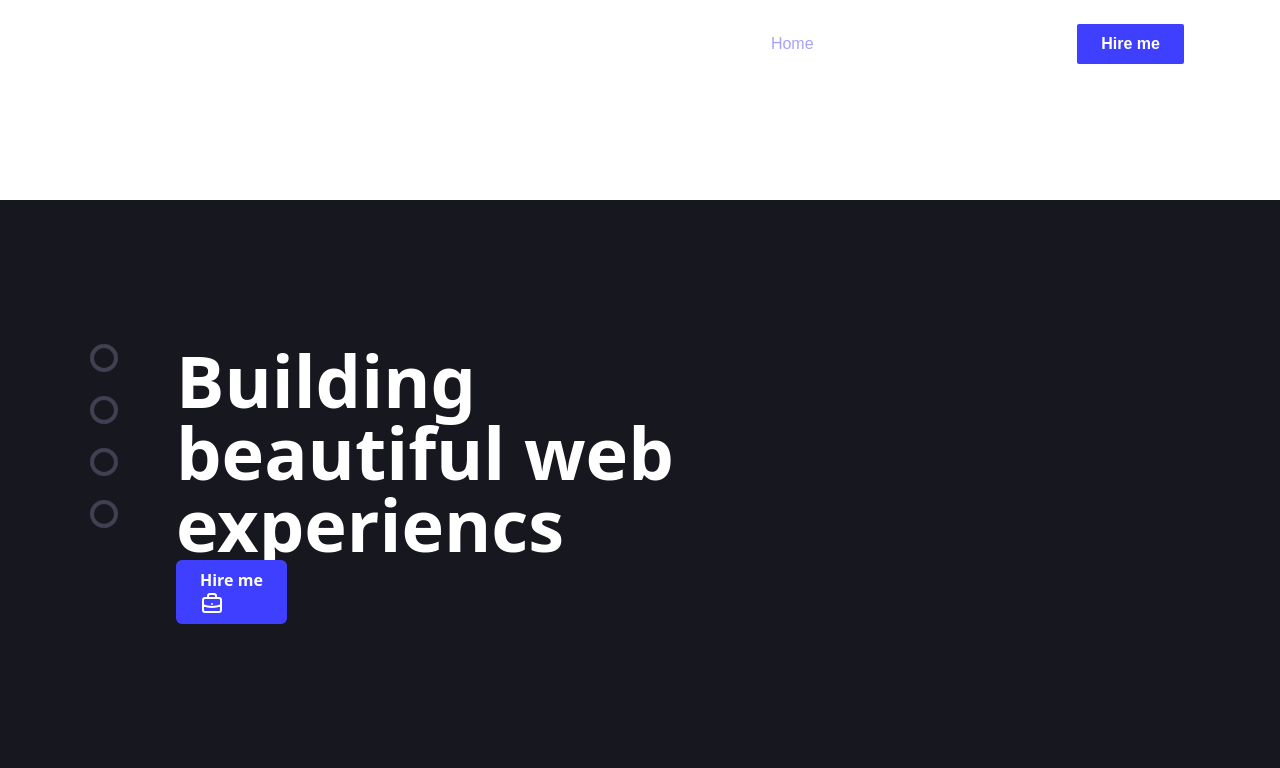
Repository: Alex0715/portfolio
Page: /
An editor plug-in stored every save of this project. The page is shown before and after the next save, followed by the edit.
The browser window is 1280 px wide. The pictures show the whole page.
The project was rebuilt for these pictures with package versions that can differ from the ones it lists, and the page was loaded fresh each time. The framework's server and built-in components were replaced by stand-ins that run in the browser. Also part of the build but not shown: next.config.js.

Above is the page before, as saved 2022-02-03 22:19:23.

### pages/index.js
import Head from 'next/head'
import Banner from './components/Banner'
import Header from './components/header'



export default function Home() {
  return (
    <div>
      <Header/>
      <body className='bg-body'>
        <Banner/>
      </body>
    </div>

  )
}

### styles/globals.css
@tailwind base;
@tailwind components;
@tailwind utilities;

body{
    scroll-behavior: smooth;
}
.left-50{
    left: 50%;
}
.right-50{
    right: 50%;
}
.top-50{
    top:50%;
}

.nav-dot:hover span{
    opacity:1;
}

### pages/components/Banner.js

function Banner() {
  return (<div className="container mt-16 flex justify-between items-center mx-auto text-white px-8 md:px-14 lg:px-24 w-full">
      <div className="flex flex-wrap md:flex-nowrap">
        <nav className="inline-block lg:mr-24 lg:w-4 fixed left-percentage hidden xl:block">
        <div className="absolute left-50 transform -translate-x-1/2 space-y-6 mt-36">
        <a href="#" className="nav-dot selected-circle block w-7 h-7 rounded-full border-4 border-nav bg-body hover:bg-theme">
        <span className="bg-black px-2 py-1 rounded-md ml-10 opacity-0">Home</span></a>

        <a href="#" className="nav-dot selected-circle block w-7 h-7 rounded-full border-4 border-nav bg-body hover:bg-theme">
        <span className="bg-black px-2 py-1 rounded-md ml-10 opacity-0">Works</span></a>

        <a href="#" className="nav-dot selected-circle block w-7 h-7 rounded-full border-4 border-nav bg-body hover:bg-theme">
        <span className="bg-black px-2 py-1 rounded-md ml-10 opacity-0">Clients</span></a>

        <a href="#" className="nav-dot selected-circle block w-7 h-7 rounded-full border-4 border-nav bg-body hover:bg-theme">
        <span className="bg-black px-2 py-1 rounded-md ml-10 opacity-0">Hire!</span></a>

        </div>
        </nav>
        <br/>

        <div className="flex flex-wrap lg:ml-20 justify-center md:justify-start max-w-xl mt-0 md:my-36">
          <h1 className="font-bold text-5xl md:text-6xl lg:text-7xl text-center md:text-left">Building <br/> beautiful web experiencs</h1>
          <div className="flex">
          <a href="#"><button className="bg-theme px-6 py-2 font-bold rounded-md">Hire me
          <svg xmlns="http://www.w3.org/2000/svg" className="h-6 w-6 " fill="none" viewBox="0 0 24 24" stroke="currentColor">
  <path strokeLinecap="round" strokeLinejoin="round" strokeWidth={2} d="M21 13.255A23.931 23.931 0 0112 15c-3.183 0-6.22-.62-9-1.745M16 6V4a2 2 0 00-2-2h-4a2 2 0 00-2 2v2m4 6h.01M5 20h14a2 2 0 002-2V8a2 2 0 00-2-2H5a2 2 0 00-2 2v10a2 2 0 002 2z" />
</svg>
          </button></a>
          </div>
          </div>

      </div>
      </div>


  )
}

export default Banner;

### pages/components/Header.js

function Header() {
  return (
  <div className="font-poppins pb-12 ">
  <header className="text-white container py-6 flex justify-between items-center mx-auto px-8 md:px-14 lg:px-24 w-full">
      <div className="text-white text-3xl">Chirantan Bose</div>
      <div className="hidden md:flex space-x-12 items-center">
        <a href="#" className="text-selected-text">Home</a>
        <a href="#">My Works</a>
        <a href="#">Clients</a>
        <a href="#"><button className="bg-theme px-6 py-2 font-bold rounded-sm">Hire me</button></a>
      </div>
      <div className="md:hidden text-white">
      <svg xmlns="http://www.w3.org/2000/svg" className="h-7 w-7" viewBox="0 0 20 20" fill="currentColor">
  <path fillRule="evenodd" d="M3 5a1 1 0 011-1h12a1 1 0 110 2H4a1 1 0 01-1-1zM3 10a1 1 0 011-1h12a1 1 0 110 2H4a1 1 0 01-1-1zM9 15a1 1 0 011-1h6a1 1 0 110 2h-6a1 1 0 01-1-1z" clipRule="evenodd" />
</svg>
      </div>
  </header>
  </div>
  )
}

export default Header;

Loaded but not shown: pages/_app.tsx (common file); tailwind.config.js (common file)

After the next save:
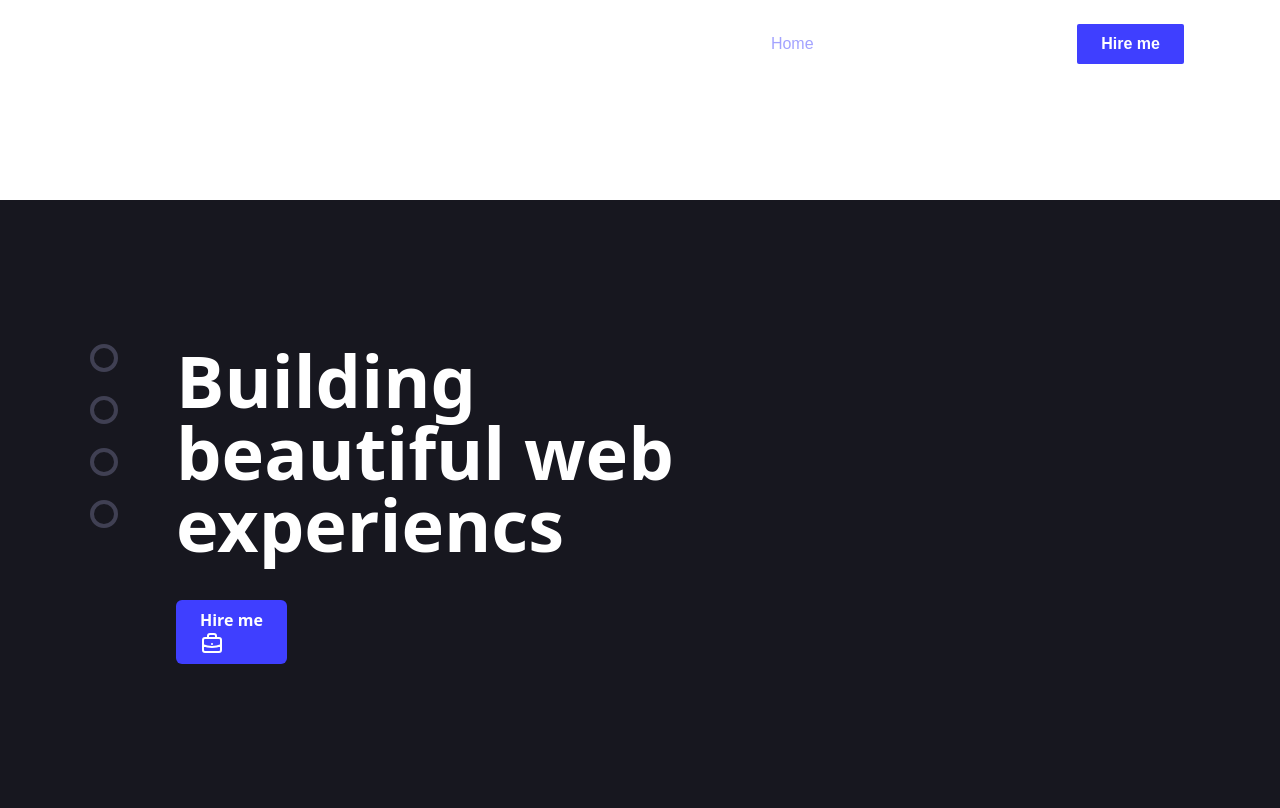
Saved 6 s later.
--- a/pages/components/Banner.js
+++ b/pages/components/Banner.js
@@ -22,7 +22,7 @@
 
         <div className="flex flex-wrap lg:ml-20 justify-center md:justify-start max-w-xl mt-0 md:my-36">
           <h1 className="font-bold text-5xl md:text-6xl lg:text-7xl text-center md:text-left">Building <br/> beautiful web experiencs</h1>
-          <div className="flex">
+          <div className="flex mt-10">
           <a href="#"><button className="bg-theme px-6 py-2 font-bold rounded-md">Hire me
           <svg xmlns="http://www.w3.org/2000/svg" className="h-6 w-6 " fill="none" viewBox="0 0 24 24" stroke="currentColor">
   <path strokeLinecap="round" strokeLinejoin="round" strokeWidth={2} d="M21 13.255A23.931 23.931 0 0112 15c-3.183 0-6.22-.62-9-1.745M16 6V4a2 2 0 00-2-2h-4a2 2 0 00-2 2v2m4 6h.01M5 20h14a2 2 0 002-2V8a2 2 0 00-2-2H5a2 2 0 00-2 2v10a2 2 0 002 2z" />
